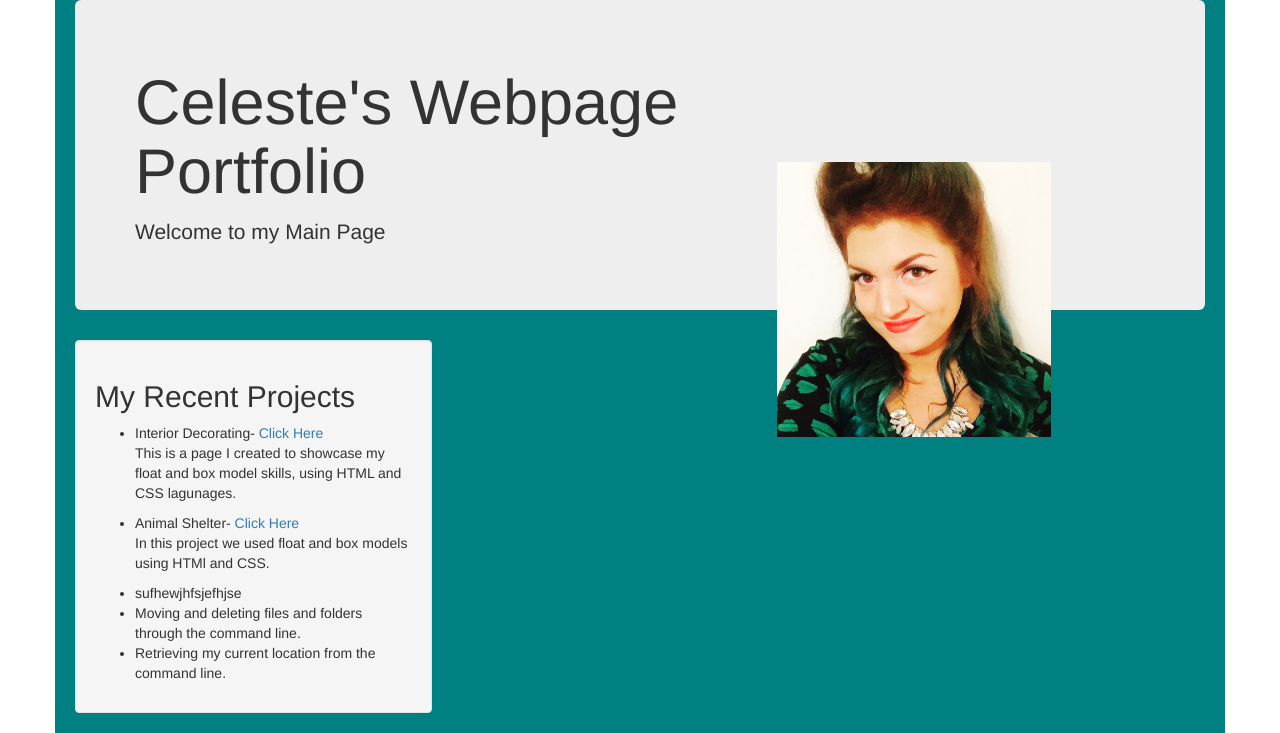
Repository: fieldceleste/portfolio-celeste
Page: portfolio-celeste.html
An editor plug-in stored every save of this project. The page is shown before and after the next save, followed by the edit.
The browser window is 1280 px wide. The pictures show the whole page.

Above is the page before, as saved 2019-11-01 15:24:16.

After the next save:
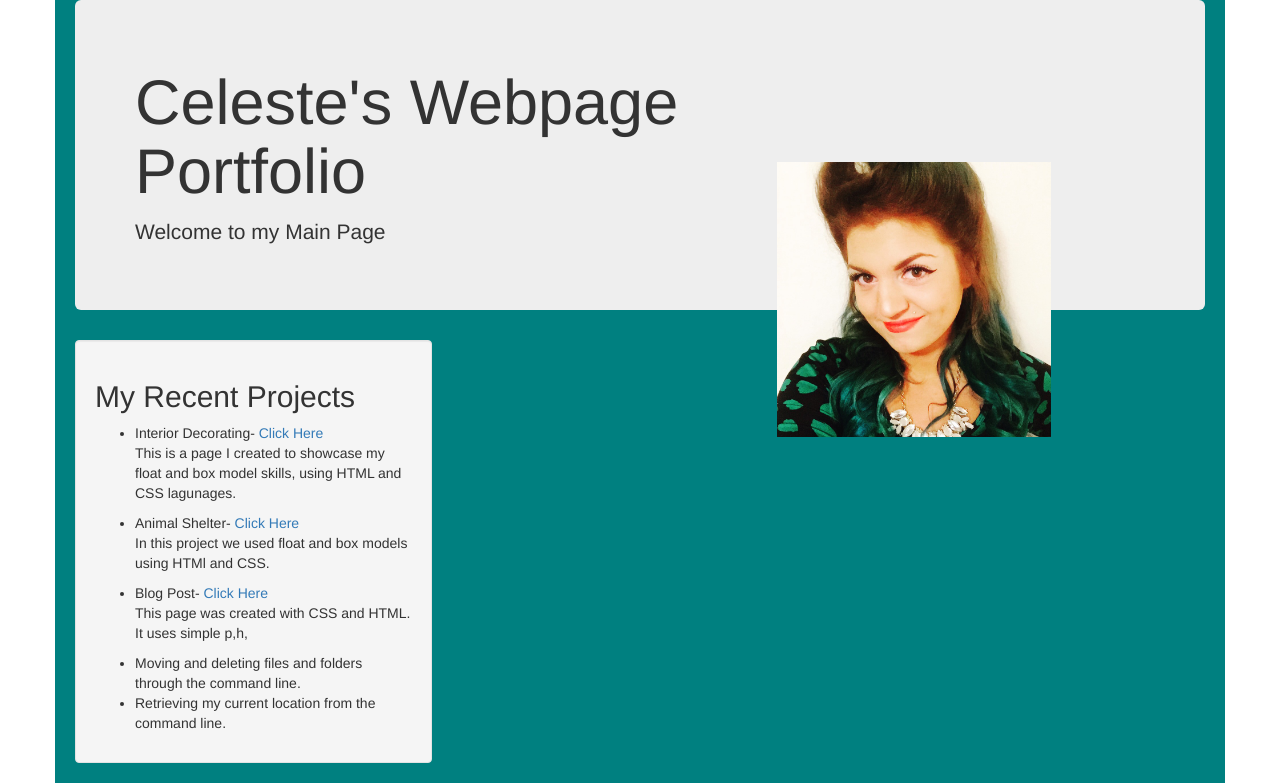
Saved 8 min 22 s later.
--- a/portfolio-celeste.html
+++ b/portfolio-celeste.html
@@ -18,7 +18,7 @@
                 <ul>
                  <li>Interior Decorating- <a herf="https://github.com/fieldceleste/interior-decorator">Click Here</a><p>This is a page I created to showcase my float and box model skills, using HTML and CSS lagunages.</p></li>
                   <li>Animal Shelter- <a herf="https://github.com/fieldceleste/animal-shelter">Click Here</a><p>In this project we used float and box models using HTMl and CSS.</p></li>
-                  <li>sufhewjhfsjefhjse </li>
+                  <li> Blog Post- <a herf="file:///Users/apple/Desktop/git-pages/blog-post/blog-post.html">Click Here</a><p>This page was created with CSS and HTML. It uses simple p,h, </p></li>
                   <li>Moving and deleting files and folders through the command line.</li>
                   <li>Retrieving my current location from the command line.</li>
                 </ul>
